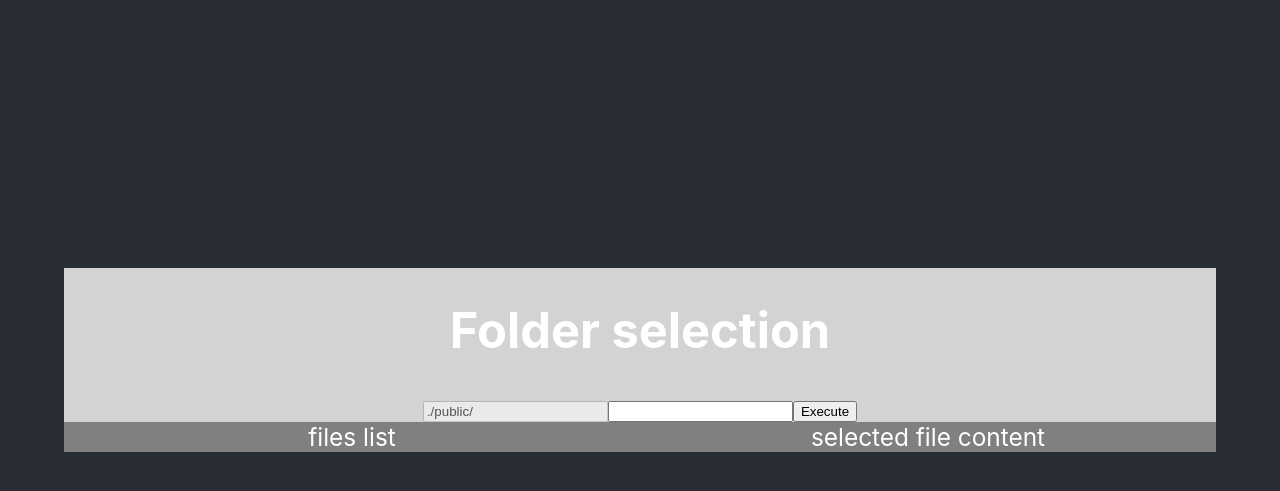
Repository: idubi/DevopsCourse
Page: / (app in lesson03/assignment/client/)
An editor plug-in stored every save of this project. The page is shown before and after the next save, followed by the edit.
The browser window is 1280 px wide. The pictures show the whole page.
The project was rebuilt for these pictures with package versions that can differ from the ones it lists, and the page was loaded fresh each time.

Above is the page before, as saved 2023-06-15 03:08:01.

After the next save:
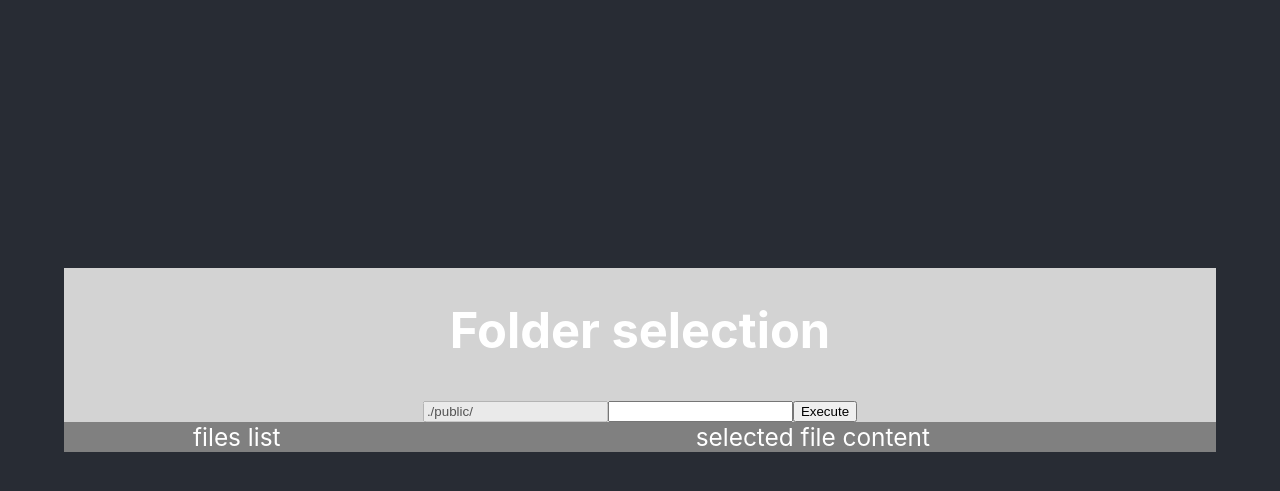
Saved 12 s later.
--- a/lesson03/assignment/client/src/components/FilesBrowser.js
+++ b/lesson03/assignment/client/src/components/FilesBrowser.js
@@ -50,12 +50,12 @@ const Lower = styled.div`
 `;
 
 const LeftLowerDiv = styled.div`
-  width: 50%;
+  width: 30%;
   height: 100%;
   background-color: gray;
 `;
 const RightLowerDiv = styled.div`
-  width: 50%;
+  width: 70%;
   height: 100%;
   background-color: gray;
 `;
